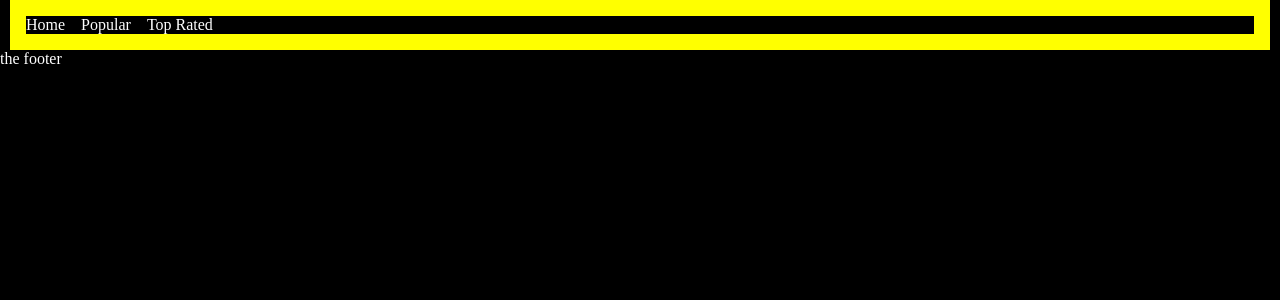
Repository: suraj-yadav7/IMDbClone
Page: /
These files come from the project's save history. The page is drawn as it stood at one moment and after the next save; the edit follows.
The browser window is 1280 px wide. The pictures show the whole page.
The project was rebuilt for these pictures with package versions that can differ from the ones it lists, and the page was loaded fresh each time. Also part of the build but not shown: src/index.scss, src/components/Popular.jsx.

Above is the page before, as saved 2023-06-03 00:31:55.

After the next save:
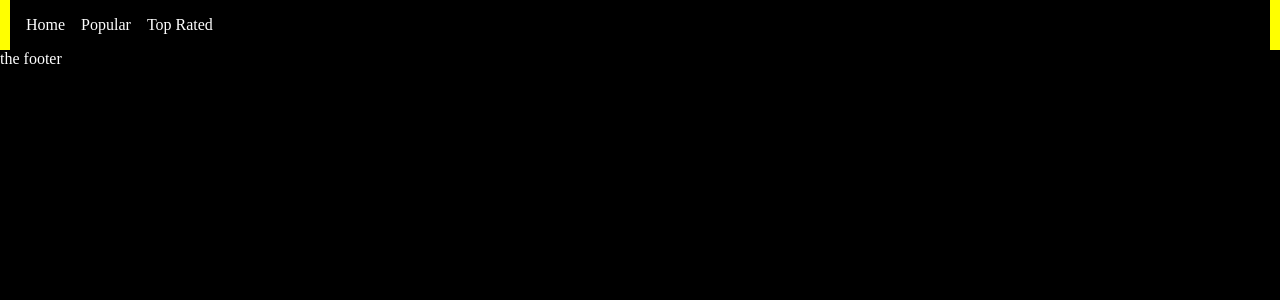
Saved 25 s later.
--- a/src/styles/navfoot.scss
+++ b/src/styles/navfoot.scss
@@ -1,9 +1,11 @@
-.navbar{
-    padding: 1rem;
-    margin: 0 10px;
+nav{
     background-color: yellow;
-    >ul{
-        display: flex;
+
+    >.navbar{
+        padding: 1rem;
+        margin: 0 10px;
+        >ul{
+            display: flex;
         flex-direction: row;
         gap: 1rem;
         color: blue;
@@ -13,3 +15,4 @@
         }
     }
 }
+}
